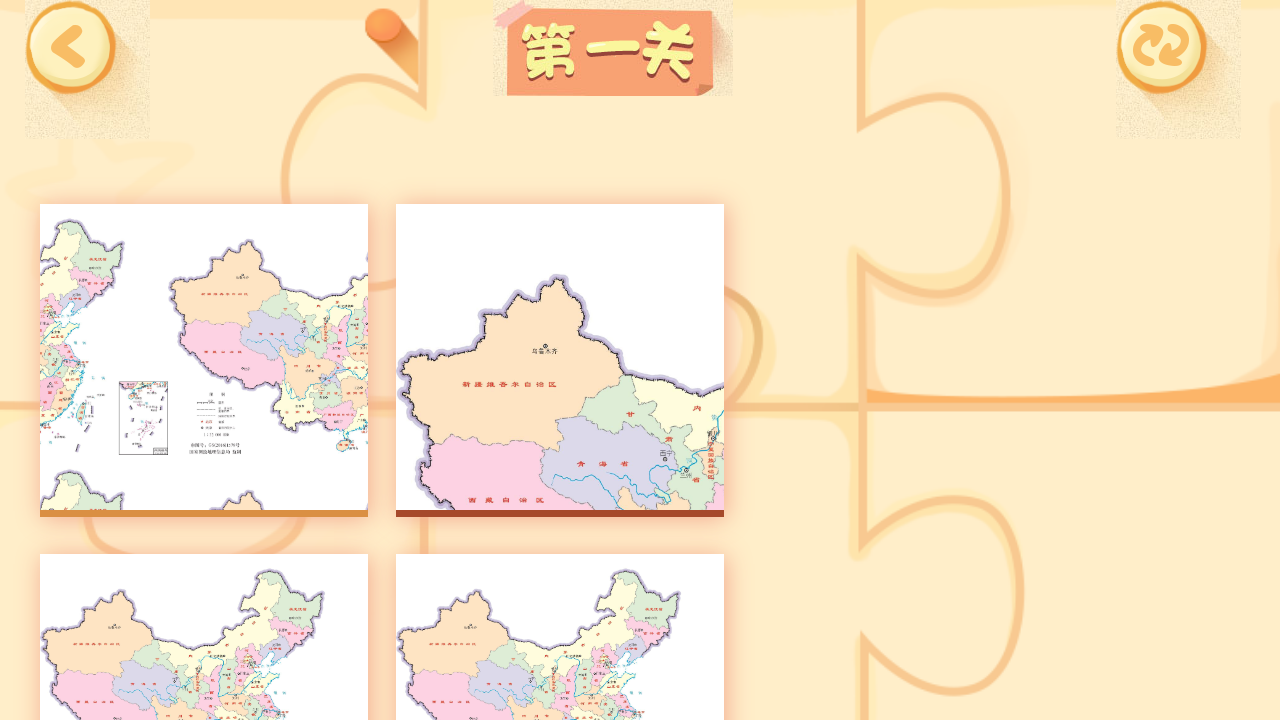
Repository: RedrockTeam/China-map-puzzle
Page: /#/choose/first
These files come from the project's save history. The page is drawn as it stood at one moment and after the next save; the edit follows.
The browser window is 1280 px wide. The pictures show the whole page.
Some web fonts or font styles are not loaded; a fallback is used. The project was rebuilt for these pictures with package versions that can differ from the ones it lists, and the page was loaded fresh each time. Also part of the build but not shown: vue.config.js, src/network/request.js, src/views/home.vue, src/views/choose.vue, src/views/pass.vue, src/components/dialog.vue. Imported but missing from the stored project, and not drawn on this page: src/views/rankList1, src/views/rankList2, src/views/rankList3, src/views/rankList4.

Above is the page before, as saved 2019-09-24 19:27:56.

After the next save:
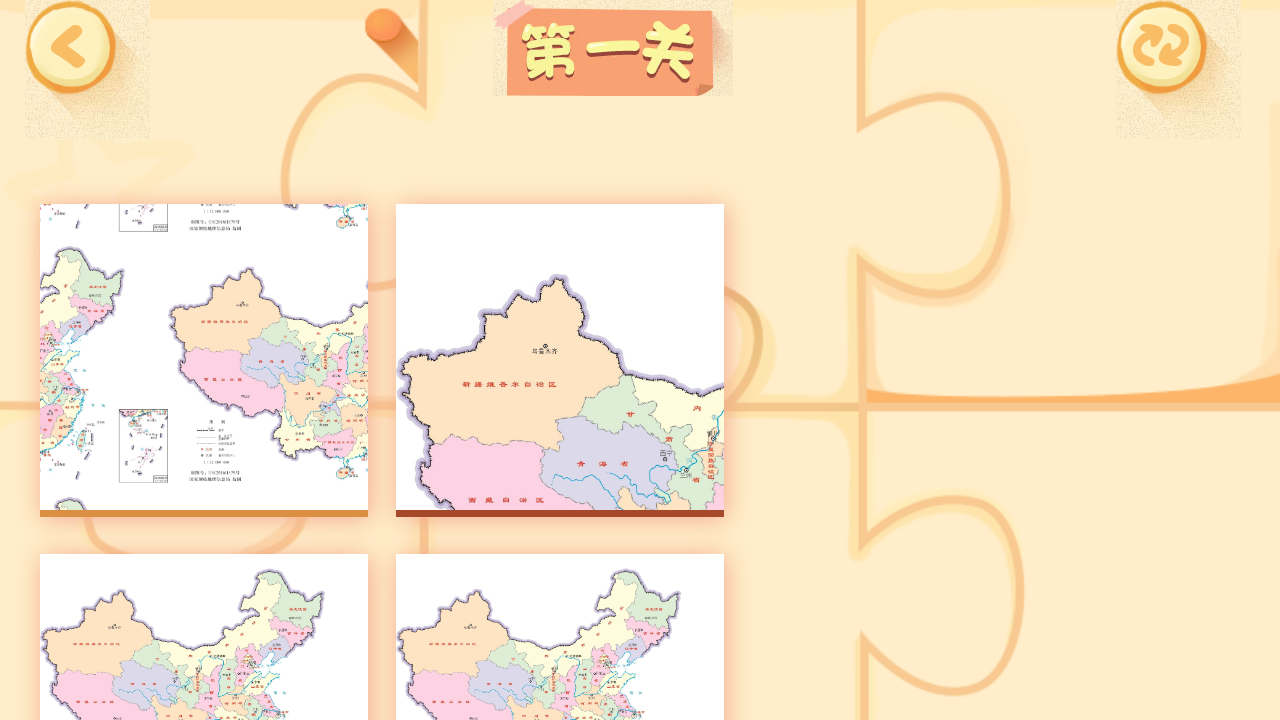
Saved 23 s later.
--- a/src/views/first.vue
+++ b/src/views/first.vue
@@ -109,7 +109,7 @@ export default {};
       background-size: 100%;
     }
     .first {
-      background-position-x: -200px;
+      background-position: -200px;
     }
     .second {
       background-position-x: 328px;
